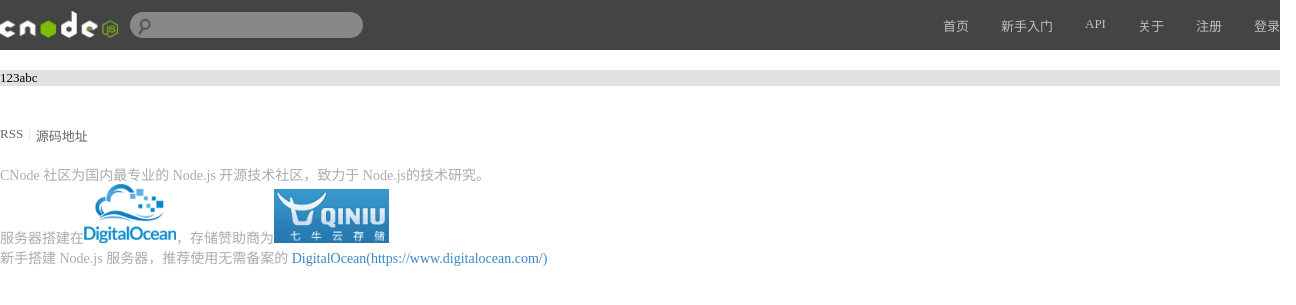
Repository: he-mengyao/pc-cnode-js
Page: /
The author's editor kept a copy of each file at every save. The page is drawn from the files as they stood at one save, then again after the next save.
The browser window is 1280 px wide. The page is 1296 px wide, so the pictures cover 1296 px, including what lies to the right of the window. The pictures show the whole page.
The project was rebuilt for these pictures with package versions that can differ from the ones it lists, and the page was loaded fresh each time.

Above is the page before, as saved 2021-06-20 10:42:22.

### src/App.vue
<template>
  <div id="app">
    <router-view />
  </div>
</template>

<style lang="scss">
@import "./styles/base";
body {
  font-size: 13px;
}
</style>

### src/styles/base.scss
* {
    padding: 0;
    margin: 0;
    box-sizing: border-box;
}

.flex {
    display: flex;
}

.flex_b {
    justify-content: space-between;
}

.flex_a {
    justify-content: space-around;
}

.flex_c {
    justify-content: center;
}

.flex_r {
    justify-content: flex-end;
}

.flex_1 {
    flex: 1;
}

.col {
    flex-direction: column;
}

.ai_c {
    align-items: center;
}

.ai_e {
    align-items: flex-end;
}

.ac_c {
    align-content: center;
}

.ac_b {
    align-content: space-between;
}

.ac_a {
    align-content: space-around;
}

.wrap {
    flex-wrap: wrap;
}

.tac {
    text-align: center;
}

.fw {
    font-weight: 700;
}

.pr {
    position: relative;
}

.pa {
    position: absolute;
}

.pf {
    position: fixed;
}

.f12 {
    font-size: 12px;
}

.f14 {
    font-size: 14px;
}

.lh {
    line-height: 100%;
}

.f16 {
    font-size: 16px;
}

.f18 {
    font-size: 18px;
}

.f20 {
    font-size: 20px;
}

.b0 {
    border: 0;
}

input {
    outline: none;
}

img,
input {
    border: 0;
}

.text_overflow {
    overflow: hidden;
    text-overflow: ellipsis;
    white-space: nowrap;
}

.none {
    display: none;
}

.br {
    border-radius: 100%;
}

.cw {
    color: #fff;
}

.f30 {
    font-size: 30px;
}

.cb {
    color: #000000;
}

.cursor {
    cursor: pointer;
}

.w {
    width: 1296px;
    margin: auto;
}

.line-blue:hover {
    text-decoration: underline;
    color: #21557c;
}

.blue:hover {
    color: #405f86;
}

### src/views/Home.vue
<template>
  <div>
    <shorcut></shorcut>
    <div class="mian">
      <div class="w flex">
        <fl></fl>
        <fr></fr>
      </div>
    </div>
    <footerc></footerc>
  </div>
</template>

<script>
import shorcut from "../components/shorcut/Shortcut";
import footerc from "../components/Footerc/footerc";
import fl from "../components/Fl/fl";
import fr from "../components/Fr/fr";
export default {
  name: "",
  props: {},
  data() {
    return {};
  },
  components: {
    shorcut,
    footerc,
    fl,
    fr,
  },
  methods: {},
  mounted() {},
  computed: {},
  watch: {},
};
</script>

<style lang='scss' scoped>
.mian {
  background-color: #e1e1e1;
  .w {
    margin: 20px 0;
  }
}
</style>

### src/components/shorcut/Shortcut.vue
<template>
  <div>
    <div class="shorcut">
      <div class="w flex flex_b ai_c">
        <div class="fl flex">
          <div class="flex ai_c">
            <img src="../../assets/images/logo.jpg" alt="" class="cursor" />
            <input type="text" />
          </div>
          <div></div>
        </div>
        <div class="fr flex">
          <div class="cursor">首页</div>
          <div class="cursor">新手入门</div>
          <div class="cursor">API</div>
          <div class="cursor">关于</div>
          <div class="cursor">注册</div>
          <div class="cursor">登录</div>
        </div>
      </div>
    </div>
  </div>
</template>

<script>
export default {
  name: "",
  props: {},
  data() {
    return {};
  },
  components: {},
  methods: {},
  mounted() {},
  computed: {},
  watch: {},
};
</script>

<style lang='scss' scoped>
.shorcut {
  height: 50px;
  background-color: #444444;
  .w {
    width: 1296px;
    margin: 0 auto;
    height: 50px;
    .fl {
      img {
        width: 120px;
        height: 28px;
      }
      input {
        width: 233px;
        height: 26px;
        margin-left: 10px;
        padding-left: 25px;
        border-radius: 13px;
        background-color: #888888;
        background-image: url(../../assets/images/btn.png);
        background-position: 5px 5px;
        background-repeat: no-repeat;
        &:hover {
          background-color: #fff;
        }
      }
    }
    .fr {
      color: #bfbfbf;
      div {
        margin: 0 16px;
        &:hover {
          color: #fff;
        }
      }
    }
  }
}
</style>

### src/components/Footerc/footerc.vue
<template>
  <div>
    <div class="footer w">
      <div class="links cursor blue flex">
        <div>RSS</div>
        <span>|</span>
        <div>源码地址</div>
      </div>
      <div class="serve flex col flex_c">
        <div>
          CNode 社区为国内最专业的 Node.js 开源技术社区，致力于
          Node.js的技术研究。
        </div>
        <div>
          服务器搭建在<img
            src="../../assets/images/digitalocean.png"
            alt=""
            class="di cursor"
            title="digitalocean"
          />，存储赞助商为<img
            src="../../assets/images/qiniu.png"
            alt=""
            class="qiniu cursor"
            title="七牛云存储"
          />
        </div>
        <div>
          新手搭建 Node.js 服务器，推荐使用无需备案的
          <span class="cursor line-blue a"
            >DigitalOcean(https://www.digitalocean.com/)</span
          >
        </div>
      </div>
    </div>
  </div>
</template>

<script>
export default {
  name: "",
  props: {},
  data() {
    return {};
  },
  components: {},
  methods: {},
  mounted() {},
  computed: {},
  watch: {},
};
</script>

<style lang='scss' scoped>
.footer {
  height: 195px;
  padding: 20px 0;
  .links {
    color: #666666;
    div:hover {
      color: #405f86;
    }
    span {
      margin: 0 5px;
      color: #e2e2e2;
    }
  }
  .serve {
    height: 140px;
    font-size: 14px;
    color: #ababab;
    .di {
      width: 92px;
      height: 59px;
    }
    .qiniu {
      width: 115px;
      height: 54px;
    }
    span {
      color: #3987c6;
      &:hover {
        text-decoration: underline;
        color: #21557c;
      }
    }
  }
}
</style>

### src/components/Fl/fl.vue
<template>
  <div>123</div>
</template>

<script>
export default {
  name: "",
  props: {},
  data() {
    return {};
  },
  components: {},
  methods: {},
  mounted() {},
  computed: {},
  watch: {},
};
</script>

<style lang='scss' scoped>
</style>

### src/components/Fr/fr.vue
<template>
  <div>abc</div>
</template>

<script>
export default {
  name: "",
  props: {},
  data() {
    return {};
  },
  components: {},
  methods: {},
  mounted() {},
  computed: {},
  watch: {},
};
</script>

<style lang='scss' scoped>
</style>

Loaded but not shown: public/index.html (common file); src/main.js (common file); src/router/index.js (common file); src/store/index.js (common file)

After the next save:
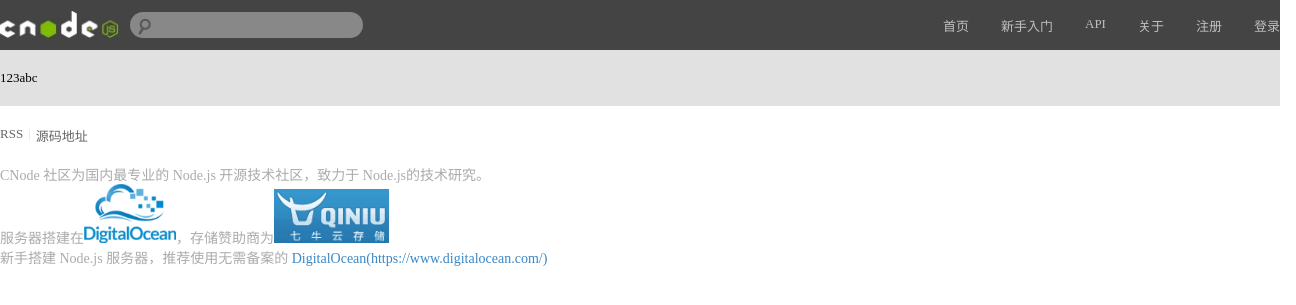
Saved 16 s later.
--- a/src/views/Home.vue
+++ b/src/views/Home.vue
@@ -39,7 +39,7 @@
 .mian {
   background-color: #e1e1e1;
   .w {
-    margin: 20px 0;
+    padding: 20px 0;
   }
 }
 </style>
